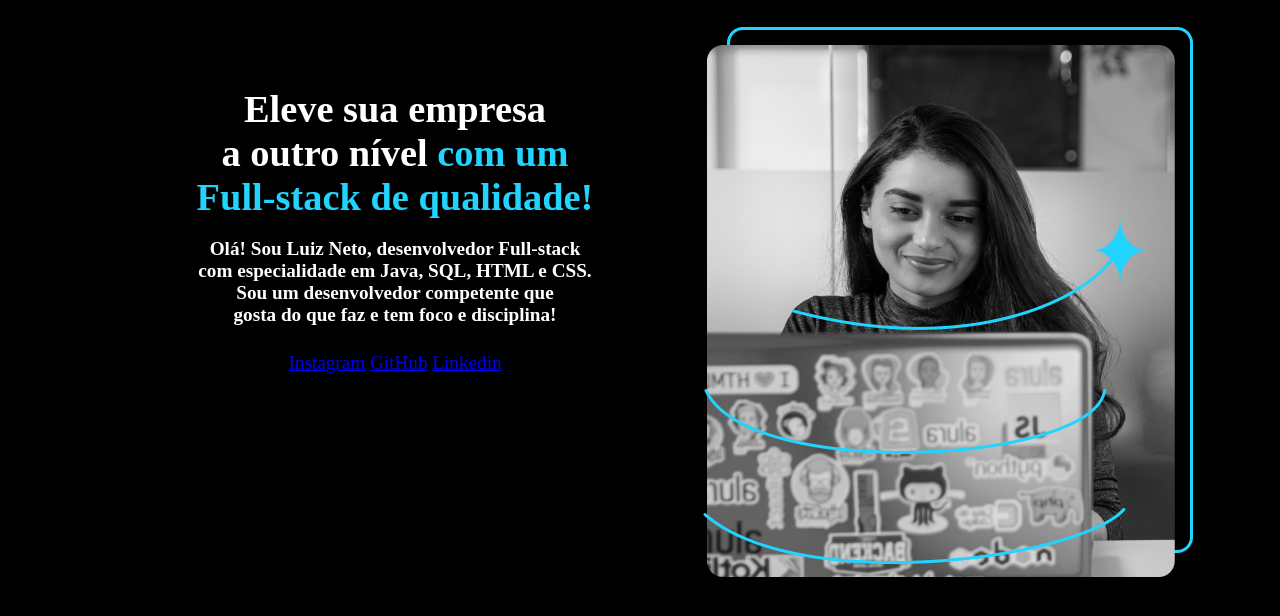
Repository: luiz123098/Sobre-mim-em-HTM-CSS
Page: htmlcss.html
The author's editor kept a copy of each file at every save. The page is drawn from the files as they stood at one save, then again after the next save.
The browser window is 1280 px wide. The pictures show the whole page.

Above is the page before, as saved 2023-03-08 14:26:38.

### htmlcss.html
</html>
<!DOCTYPE html>
<html lang="pt-br">
<head>
    <meta charset="UTF-8">
    <meta http-equiv="X-UA-Compatible" content="IE=edge">
    <meta name="viewport" content="width=device-width, initial-scale=1.0">
    <title>Projeto Estudos</title>
    <link rel="stylesheet" href="style.Css">
</head>
<body>
    <main>
        <div class="flex-container">
            <div
                class="parte_esquerda">
                <h1>
                    Eleve sua empresa<br>
                    a outro nível
                    <strong
                        class="texto_em_destaque">
                        com um<br>Full-stack de qualidade!
                    </strong>
                    <p class="biografia">
                        Olá! Sou Luiz Neto, desenvolvedor Full-stack<br>
                        com especialidade em Java, SQL, HTML e CSS.<br>
                        Sou um desenvolvedor competente que<br>
                        gosta do que faz e tem foco e disciplina!
                    </p>
                </h1>
                <a href="https://www.instagram.com/luiz.alencar2/">
                    Instagram</a>
                <a href="https://github.com/luiz123098">
                    GitHub</a>
                <a href="https://www.linkedin.com/in/luiz-neto-alencar-b843651a9/">
                    Linkedin</a>
            </div>
            <p class="segunda_box">
                <img src="Imagem.png" alt="Não foi possivel encontrar a imagem"><br>
            </p>
        </div>
    </main>
    <footer>

    </footer>
</body>

### style.Css
body{
    background-color: black;
    color: white;
    text-align: center;
}

.biografia{
    font-size: 50%;
    text-align: center;
}

.texto_em_destaque{
    color: #22D4FD;
}

.texto_editado{
    font-weight: bold;
}

.formacao{
    color: #22D4FD;
    border: 1px solid #22D4FD;
    padding: 10px;
}

div.parte_esquerda{
    text-align: center;
    height: 482px;
    width: 615px;
    left: 357px;
    top: 278px;
    border-radius: [object Object]px;
}

.flex-container {
    display: flex;
    /*isso centraliza o texto horizontalmente*/
    justify-content: center;
    /*isso centraliza o texto verticalmente*/
    align-items: center;

    border-radius: [object Object]px;
    height: auto;
    color: #fff;
    font-size: 1.2rem;
}

After the next save:
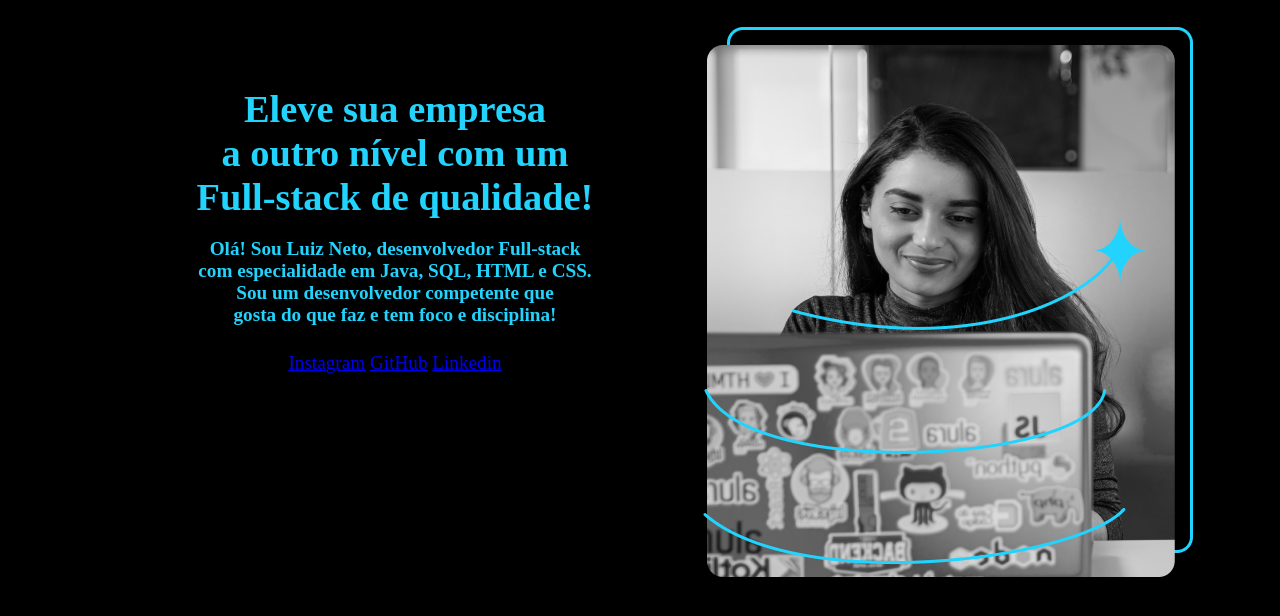
Saved 116 s later.
--- a/style.Css
+++ b/style.Css
@@ -29,6 +29,7 @@
     width: 615px;
     left: 357px;
     top: 278px;
+    color: #22D4FD;
     border-radius: [object Object]px;
 }
 

After the save that followed:
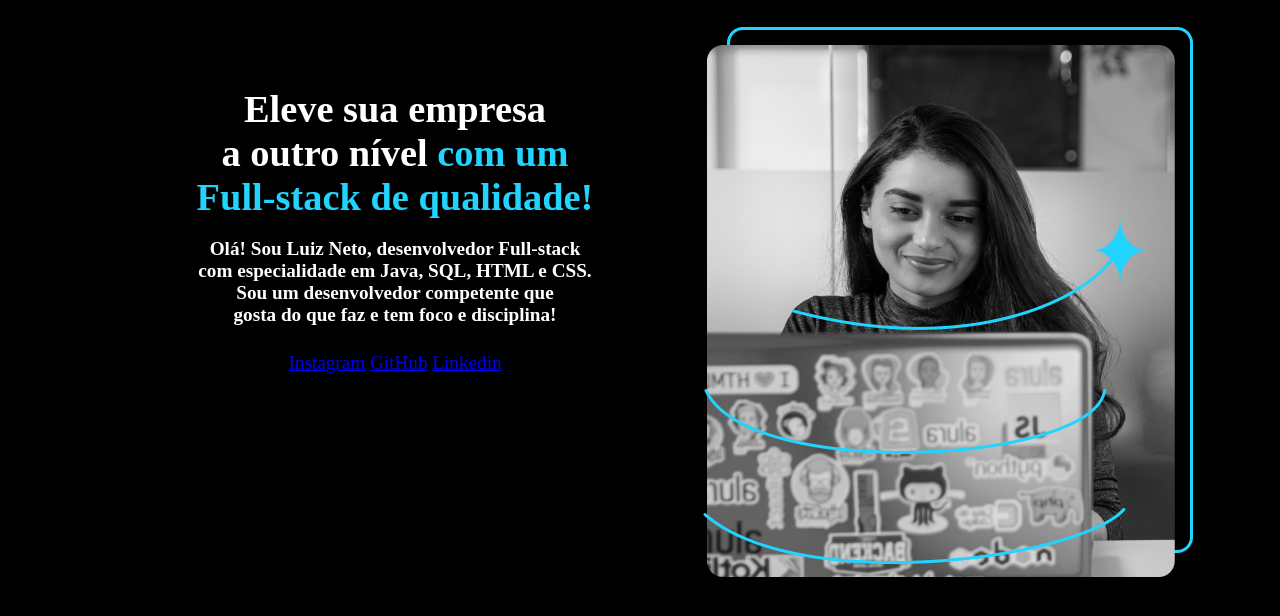
Saved 42 s later.
--- a/style.Css
+++ b/style.Css
@@ -29,7 +29,7 @@
     width: 615px;
     left: 357px;
     top: 278px;
-    color: #22D4FD;
+    border-color: #22D4FD;
     border-radius: [object Object]px;
 }
 
